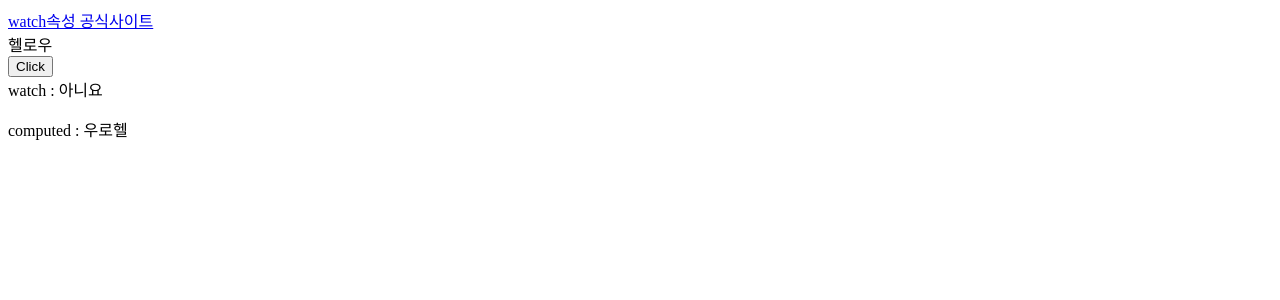
Repository: RyuGeunHwan/code_J
Page: Vuejs/22-08-10 vuejs watch 속성.html
The author's editor kept a copy of each file at every save. The page is drawn from the files as they stood at one save, then again after the next save.
The browser window is 1280 px wide. The pictures show the whole page.

Above is the page before, as saved 2022-08-19 08:11:13.

After the next save:
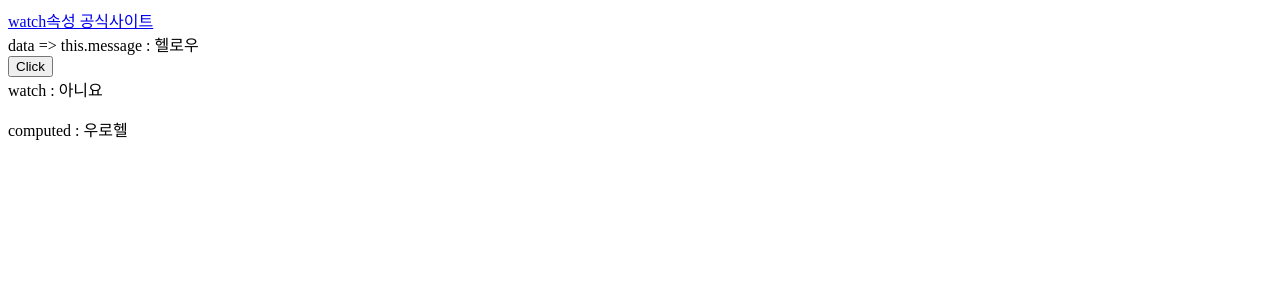
Saved 73 s later.
--- a/Vuejs/22-08-10 vuejs watch 속성.html
+++ b/Vuejs/22-08-10 vuejs watch 속성.html
@@ -10,7 +10,7 @@
 <body>
     <a href="https://kr.vuejs.org/v2/guide/computed.html#watch-%EC%86%8D%EC%84%B1">watch속성 공식사이트</a>
     <div id="app">
-        {{message}} <br>
+        data => this.message : {{message}} <br>
         <button @click="changeMessage()">Click</button><br>
         watch : {{updated}} <br>
         <p>computed : {{reversedMessage}}</p>
